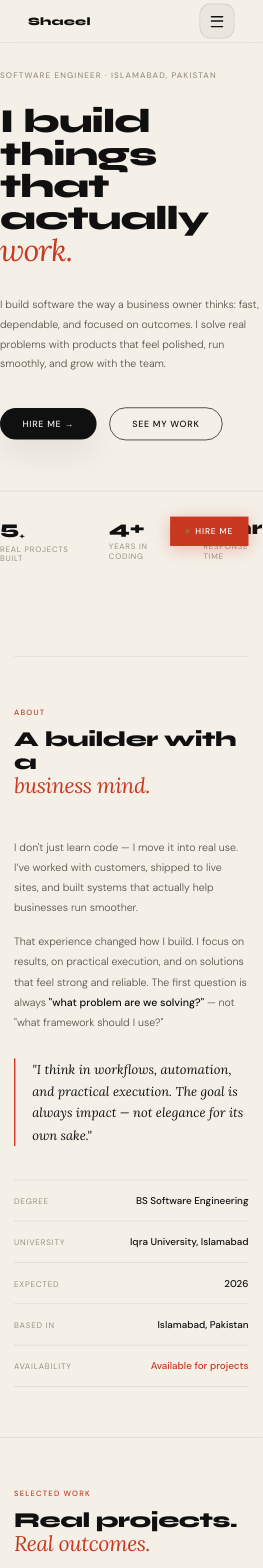
Repository: Shaeel-0005/CV-Portfolio
Page: shaeel-portfolio.html
These files come from the project's save history. The page is drawn as it stood at one moment and after the next save; the edit follows.
The browser window is 375 px wide. The pictures show the part of the page from y = 0 to 2240 px (the page is 5851 px tall before and 6048 px after), at 70% of full size.

Above is the page before, as saved 2026-04-24 09:43:00.

After the next save:
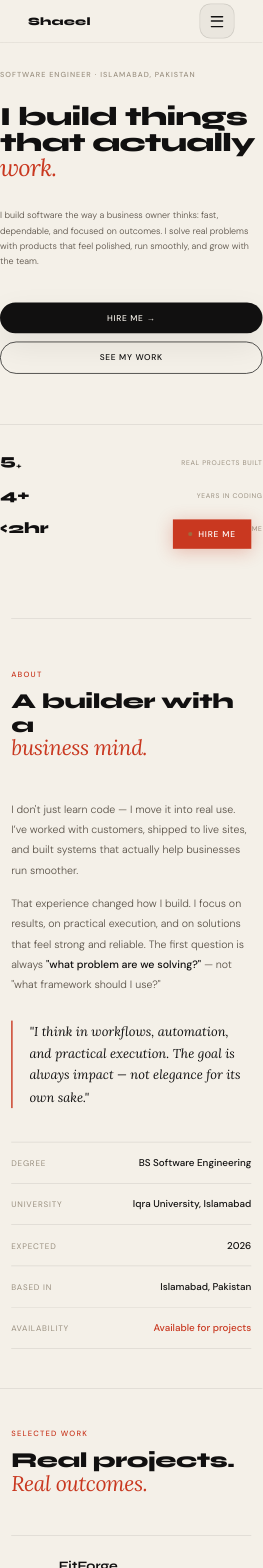
Saved 70 s later.
--- a/shaeel-portfolio.html
+++ b/shaeel-portfolio.html
@@ -665,7 +665,24 @@ footer a:hover { color: rgba(244,240,232,.6); }
 .footer-links { display:flex; gap:24px; }
 
 /* ─── RESPONSIVE ─── */
-@media (max-width: 860px) {
+@media (max-width: 1024px) {
+  .hero-name {
+    font-size: clamp(2.5rem, 6vw, 4.5rem);
+  }
+  .hero-desc {
+    font-size: .9rem;
+    max-width: 380px;
+  }
+  .hero-actions {
+    gap: 16px;
+  }
+  .btn-dark, .btn-outline {
+    padding: 12px 28px;
+    font-size: .75rem;
+  }
+}
+
+@media (max-width: 768px) {
   nav { padding: 0; }
   .nav-inner { width: calc(100% - 40px); padding: 0 20px; }
   .nav-links { display: none; }
@@ -674,17 +691,76 @@ footer a:hover { color: rgba(244,240,232,.6); }
   .hero { grid-template-columns: 1fr; }
   .hero-right { display: none; }
   .hero-left { padding: 40px 0 60px; }
+  .hero-name {
+    font-size: clamp(2rem, 8vw, 3.5rem);
+  }
+  .hero-desc {
+    font-size: .85rem;
+    max-width: none;
+  }
+  .hero-actions {
+    flex-direction: column;
+    align-items: flex-start;
+    gap: 12px;
+  }
+  .btn-dark, .btn-outline {
+    width: 100%;
+    text-align: center;
+    padding: 14px 24px;
+  }
   .sec { padding: 72px 20px; }
   .sec-full { padding: 72px 20px; }
   .about-grid { grid-template-columns: 1fr; gap: 48px; }
   .skills-inner { padding: 72px 20px; }
-  .skills-cols { grid-template-columns: 1fr 1fr; gap: 36px; }
+  .skills-cols { grid-template-columns: 1fr; gap: 32px; }
   .testi-grid { grid-template-columns: 1fr; }
   .proj-item { grid-template-columns: 36px 1fr 24px; }
   .p-tags { display: none; }
   .contact-sec { padding: 80px 20px; }
-  footer { padding: 20px; flex-direction: column; gap: 12px; }
+  .contact-btns {
+    flex-direction: column;
+    gap: 12px;
+  }
+  .cbtn {
+    min-width: auto;
+    width: 100%;
+  }
+  footer { padding: 20px; flex-direction: column; gap: 12px; text-align: center; }
   .float-hire { bottom: 20px; right: 20px; }
+}
+
+@media (max-width: 480px) {
+  .hero-label {
+    font-size: .65rem;
+  }
+  .hero-name {
+    font-size: clamp(1.8rem, 10vw, 3rem);
+  }
+  .hero-desc {
+    font-size: .8rem;
+    line-height: 1.7;
+  }
+  .hero-meta {
+    flex-direction: column;
+    gap: 20px;
+  }
+  .meta-item {
+    display: flex;
+    justify-content: space-between;
+    align-items: center;
+  }
+  .meta-val {
+    font-size: 1.4rem;
+  }
+  .meta-key {
+    font-size: .6rem;
+  }
+  .sec { padding: 56px 16px; }
+  .sec-full { padding: 56px 16px; }
+  .skills-inner { padding: 56px 16px; }
+  .contact-sec { padding: 64px 16px; }
+  footer { padding: 16px; }
+  .float-hire { bottom: 16px; right: 16px; }
 }
 </style>
 </head>
